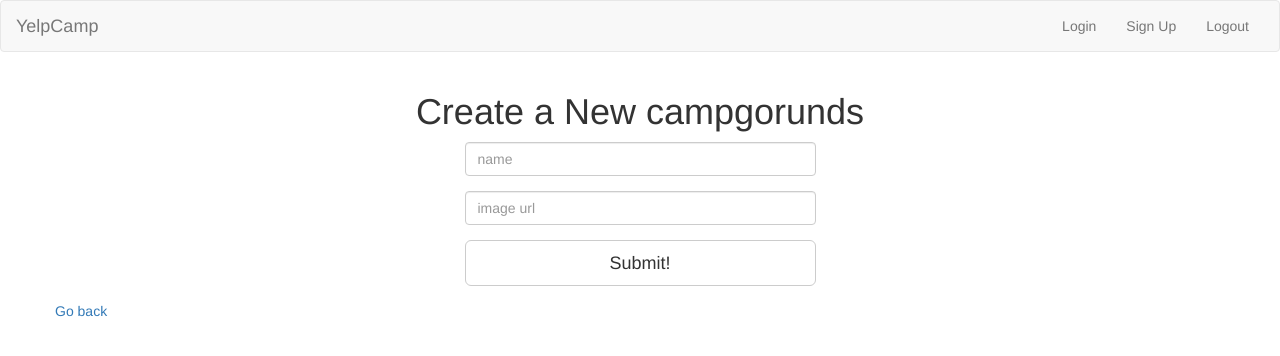
Repository: gtxDaniel/Web-development
Page: http://localhost/campgrounds/new
The author's editor kept a record of every edit. The page is drawn from the files as they stood at one moment, then again after the next edit.
The browser window is 1280 px wide. The pictures show the whole page.
The page is served by the project's Node server (YelpCamp/v1/app.js).

Above is the page before.

After the next edit:
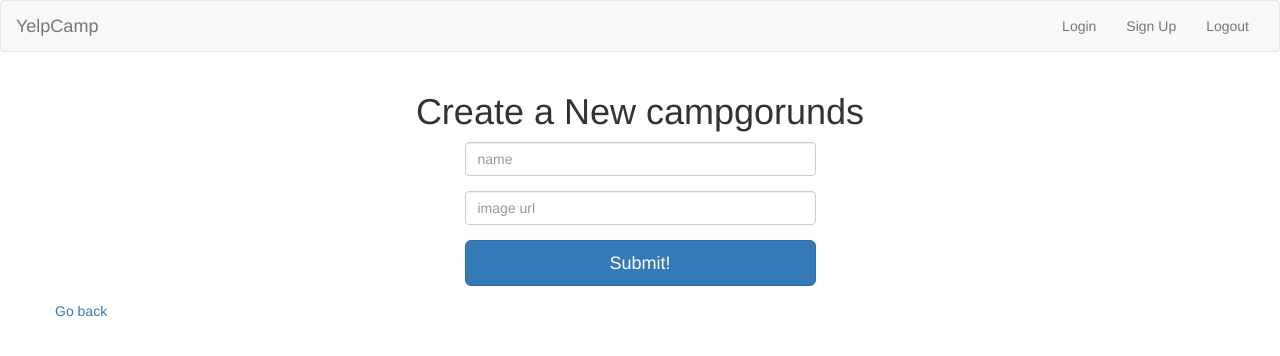
The edit:
--- a/web-development/workspace/YelpCamp/v1/views/new.ejs
+++ b/web-development/workspace/YelpCamp/v1/views/new.ejs
@@ -13,7 +13,7 @@
                </div>
 
                <div class='form-group'>
-                   <button class = 'btn btn-lg btn-default btn-block'>Submit!</button>
+                   <button class = 'btn btn-lg btn-primary btn-block'>Submit!</button>
                </div>
 
             </form>
